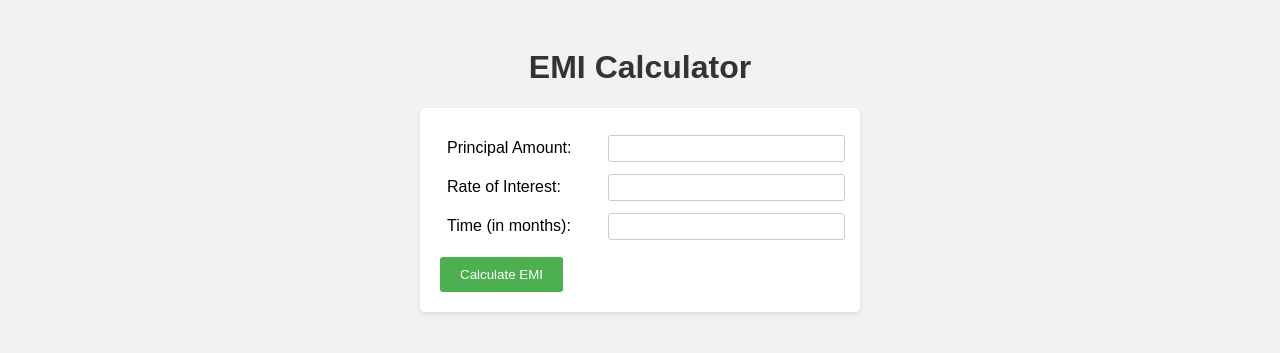
Repository: Bhavyamishra01/Bhavya_20136529
Page: http://localhost/Quest3/Emi.jsp
An editor plug-in stored every save of this project. The page is shown before and after the next save, followed by the edit.
The browser window is 1280 px wide. The pictures show the whole page.
The page is served by Tomcat 9. Other server files are loaded and not shown.

Above is the page before, as saved 2023-07-11 07:24:19.

### Quest3/src/main/webapp/Emi.jsp
<%@ page language="java" contentType="text/html; charset=ISO-8859-1" pageEncoding="ISO-8859-1"%>
<!DOCTYPE html>
<html>
<head>
<meta charset="ISO-8859-1">
<title>EMI Calculator</title>
<style>
        body {
            font-family: Arial, sans-serif;
            background-color: #f2f2f2;
            padding: 20px;
        }



        h1 {
            color: #333;
            text-align: center;
        }



        form {
            max-width: 400px;
            margin: 0 auto;
            background-color: #fff;
            padding: 20px;
            border-radius: 5px;
            box-shadow: 0 2px 5px rgba(0, 0, 0, 0.1);
        }



        table {
            width: 100%;
        }



        td {
            padding: 5px;
        }



        input[type="number"] {
            width: 100%;
            padding: 5px;
            border: 1px solid #ccc;
            border-radius: 3px;
        }



        input[type="submit"] {
            background-color: #4CAF50;
            color: #fff;
            border: none;
            padding: 10px 20px;
            border-radius: 3px;
            cursor: pointer;
            margin-top: 10px;
        }



        .result-container {
            max-width: 400px;
            margin: 20px auto;
            background-color: #fff;
            padding: 20px;
            border-radius: 5px;
            box-shadow: 0 2px 5px rgba(0, 0, 0, 0.1);
        }



        h2 {
            color: #333;
            text-align: center;
        }



        h3 {
            color: #333;
            text-align: center;
            margin-top: 20px;
        }



        p {
            margin-bottom: 10px;
        }
</style>
</head>
<body>
<div>
<h1> EMI Calculator</h1>
<form method="post">
<table>
<tr>
<td><label for="principal">Principal Amount:</label></td>
<td><input type="number" id="principal" name="principal" required></td>
</tr>
<tr>
<td><label for="interest">Rate of Interest:</label></td>
<td><input type="number" id="interest" name="interest" required></td>
</tr>
<tr>
<td><label for="time">Time (in months):</label></td>
<td><input type="number" id="time" name="time"></td>
</tr>
</table>
<input type="submit" name="submit" value="Calculate EMI">
</form>





        <%
        if (request.getParameter("submit") != null) {
            double principal = Double.parseDouble(request.getParameter("principal"));
            double interestRate = Double.parseDouble(request.getParameter("interest"));
            int time = Integer.parseInt(request.getParameter("time"));





            double monthlyInterest = interestRate / 12 / 100;
            double numerator = principal * monthlyInterest * Math.pow(1 + monthlyInterest, time);
            double denominator = Math.pow(1 + monthlyInterest, time) - 1;





            double emi = numerator / denominator;
        %>
<div class="result-container">
<h2>EMI Result:</h2>
<p>Principal Amount: <%= principal %></p>
<p>Rate of Interest: <%= interestRate %></p>
<p>Time (in months): <%= time %></p>
<h3>EMI: <%= emi %></h3>
</div>
<% } %>
</div>
</body>
</html>

After the next save:
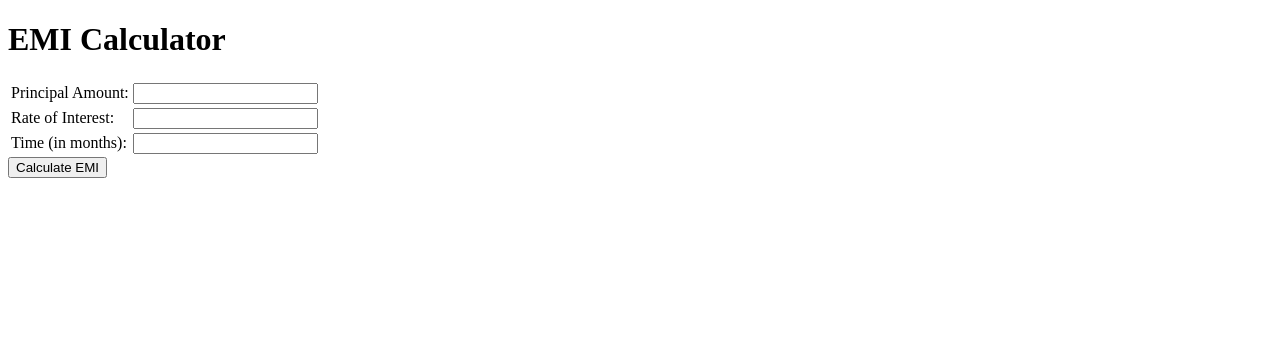
Saved 2 min 16 s later.
--- a/Quest3/src/main/webapp/Emi.jsp
+++ b/Quest3/src/main/webapp/Emi.jsp
@@ -4,96 +4,7 @@
 <head>
 <meta charset="ISO-8859-1">
 <title>EMI Calculator</title>
-<style>
-        body {
-            font-family: Arial, sans-serif;
-            background-color: #f2f2f2;
-            padding: 20px;
-        }
 
-
-
-        h1 {
-            color: #333;
-            text-align: center;
-        }
-
-
-
-        form {
-            max-width: 400px;
-            margin: 0 auto;
-            background-color: #fff;
-            padding: 20px;
-            border-radius: 5px;
-            box-shadow: 0 2px 5px rgba(0, 0, 0, 0.1);
-        }
-
-
-
-        table {
-            width: 100%;
-        }
-
-
-
-        td {
-            padding: 5px;
-        }
-
-
-
-        input[type="number"] {
-            width: 100%;
-            padding: 5px;
-            border: 1px solid #ccc;
-            border-radius: 3px;
-        }
-
-
-
-        input[type="submit"] {
-            background-color: #4CAF50;
-            color: #fff;
-            border: none;
-            padding: 10px 20px;
-            border-radius: 3px;
-            cursor: pointer;
-            margin-top: 10px;
-        }
-
-
-
-        .result-container {
-            max-width: 400px;
-            margin: 20px auto;
-            background-color: #fff;
-            padding: 20px;
-            border-radius: 5px;
-            box-shadow: 0 2px 5px rgba(0, 0, 0, 0.1);
-        }
-
-
-
-        h2 {
-            color: #333;
-            text-align: center;
-        }
-
-
-
-        h3 {
-            color: #333;
-            text-align: center;
-            margin-top: 20px;
-        }
-
-
-
-        p {
-            margin-bottom: 10px;
-        }
-</style>
 </head>
 <body>
 <div>
